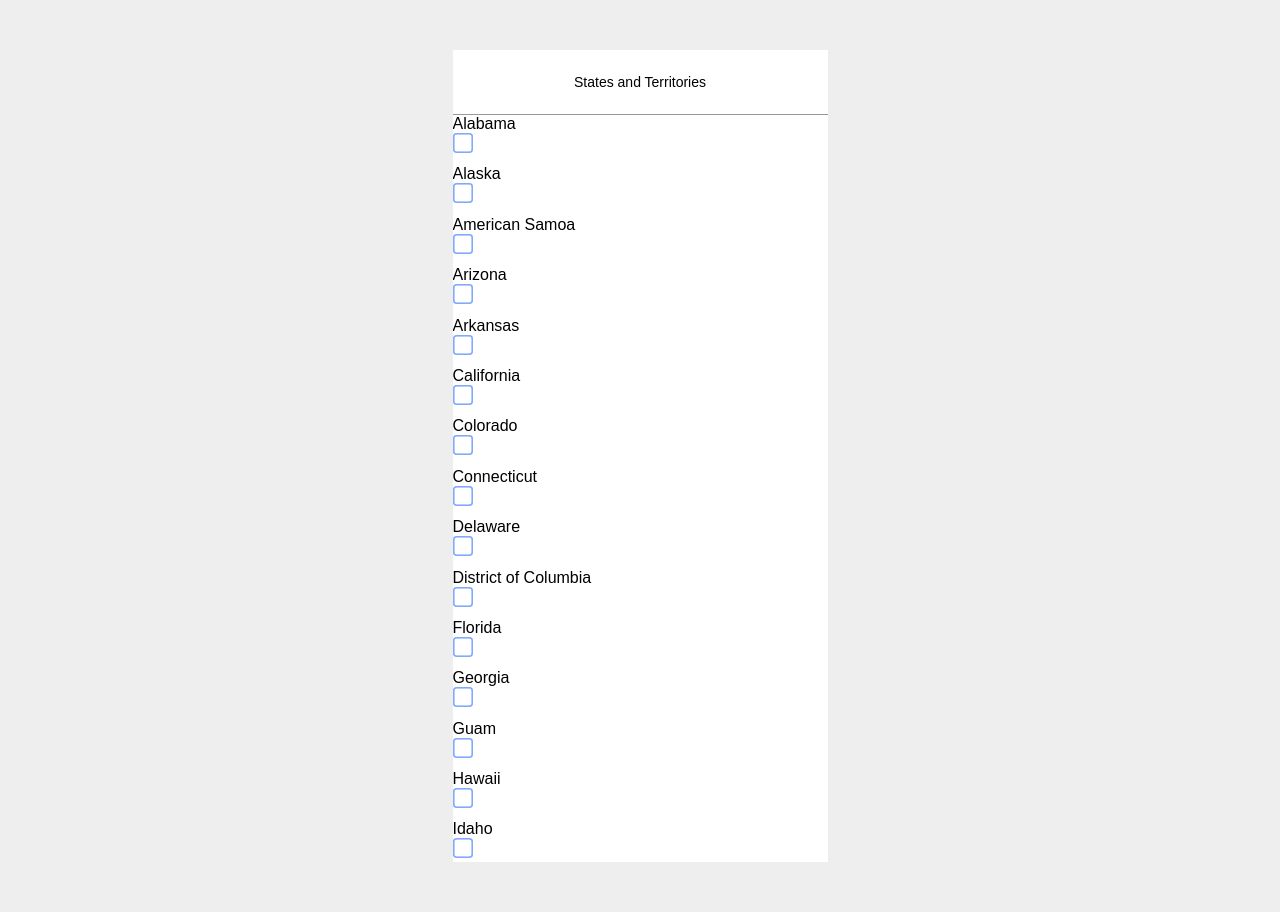
Repository: zitac234/codingTest
Page: /
An editor plug-in stored every save of this project. The page is shown before and after the next save, followed by the edit.
The browser window is 1280 px wide. The pictures show the whole page.
The project was rebuilt for these pictures with package versions that can differ from the ones it lists, and the page was loaded fresh each time.

Above is the page before, as saved 2021-03-31 15:22:40.

After the next save:
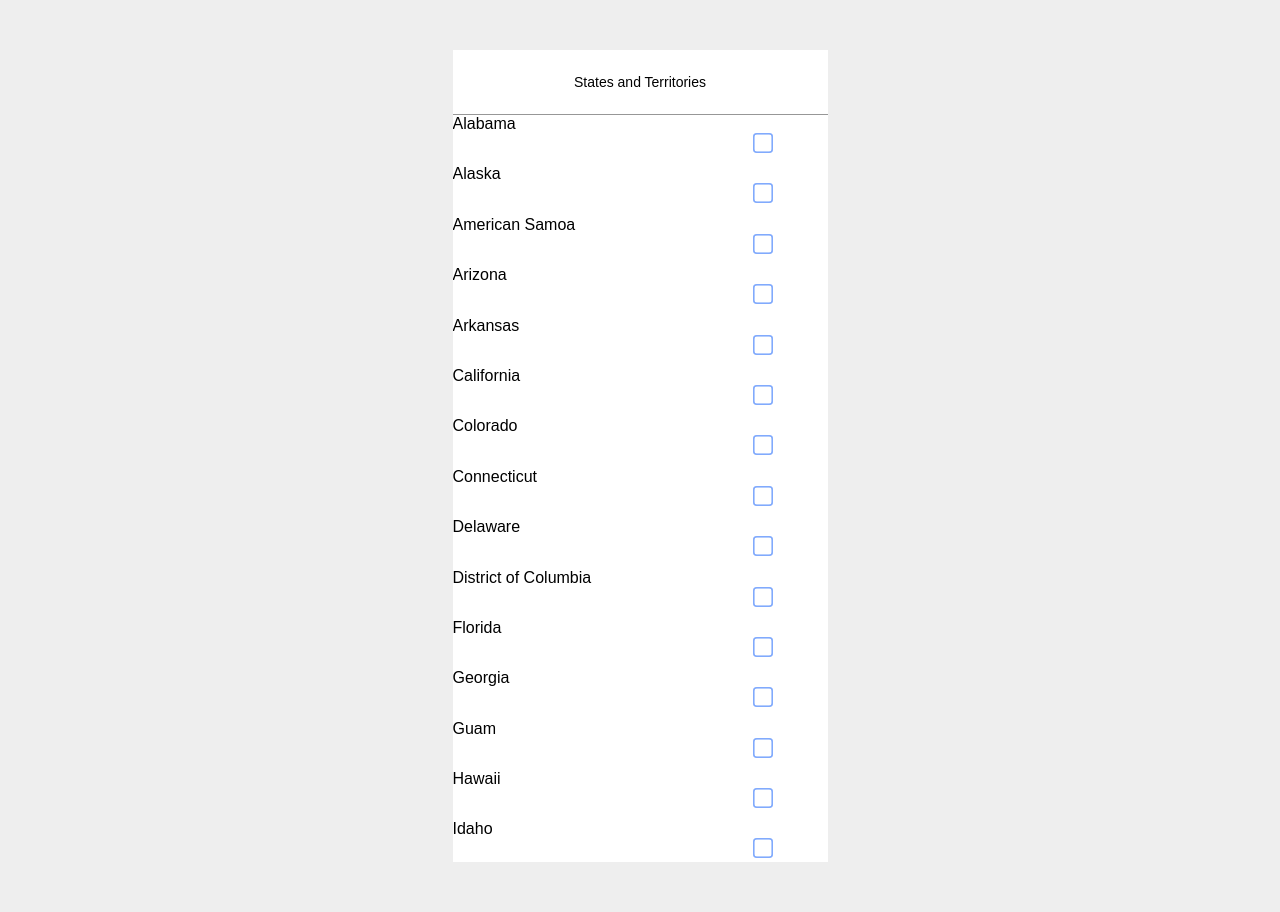
Saved 4 s later.
--- a/src/List.js
+++ b/src/List.js
@@ -7,7 +7,7 @@ export function List(props) {
       {props.items.map((item) => (
         <Fragment key={item}>
           <div className='line'>
-            <div className='state'>{item}</div><div className=''><Checkbox/></div><br />
+            <div className='state'>{item}</div><div className='checkbox'><Checkbox/></div><br />
           {/* You also have <Checkbox selected={false} /> */}
           </div>
           </Fragment>
